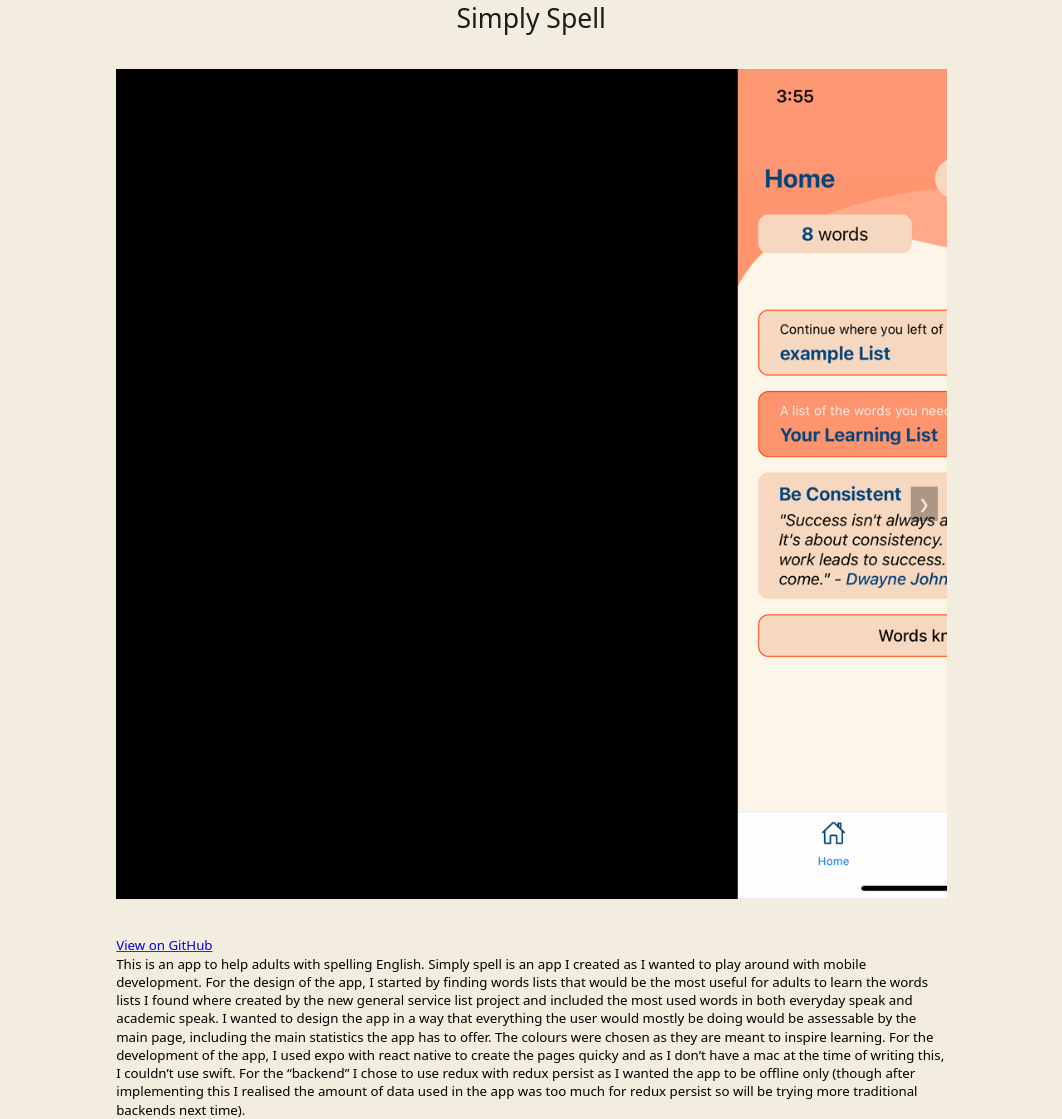
Repository: David-Waite/simpleespellwebsite
Page: /
An editor plug-in stored every save of this project. The page is shown before and after the next save, followed by the edit.
The browser window is 1280 px wide. The pictures show the whole page, at 83% of full size.
The project was rebuilt for these pictures with package versions that can differ from the ones it lists, and the page was loaded fresh each time.

Above is the page before, as saved 2023-07-27 19:13:11.

### src/index.css
* {
  margin: 0;
  padding: 0;
  font-family: system-ui, -apple-system, BlinkMacSystemFont, "Segoe UI", Roboto,
    Oxygen, Ubuntu, Cantarell, "Open Sans", "Helvetica Neue", sans-serif;
}

body {
  background-color: #f3eddf;
  width: 100vw;
}

.container {
  display: flex;
  flex-direction: column;
  align-items: center;
  max-width: 1000px;
  margin: 0 auto;
  overflow: hidden;
  gap: 40px;
}

h1 {
  text-align: center;
  font-weight: 300;
  color: #191d1b;
}

.slideshowContainer {
}
.carousel {
  display: flex;
  flex-direction: column;
  position: relative;
}

.slideContainer {
  scroll-snap-type: x mandatory;
  overflow-x: scroll;
  overflow-y: hidden;
  display: flex;
  align-items: center;
  width: 1000px;
  -webkit-overflow-scrolling: touch;
  scroll-behavior: smooth;
}

.slideContainer::-webkit-scrollbar {
  display: none;
}
.slide {
  scroll-snap-align: center;
  position: relative;
  min-width: 100%;
  padding-top: 50%;
}
.slide img {
  height: auto;
  width: 1000px !important;
  position: absolute;
  top: 0;
  left: 0;
}
.arrow {
  color: #ffffff;
  background-color: #000000;
  position: absolute;
  text-align: center;
  opacity: 0.3;
  cursor: pointer;
  position: absolute;
  top: 50%;
}
.arrow p {
  padding: 10px;
}
.arrowBack {
  left: 10px;
}
.arrowForward {
  right: 10px;
}
.arrow:hover {
  opacity: 1;
}

### src/App.js
import { useState, useEffect } from "react";
import { useRef } from "react";
import styles from "./index.css";

export default function App(props) {
  let images = [
    "../simplySpell1.PNG",
    "../simplySpell2.PNG",
    "../simplySpell3.PNG",
    "../simplySpell4.PNG",
    "../simplySpell5.PNG",
    "../simplySpell6.PNG",
    "../simplySpell7.PNG",
    "../simplySpell8.PNG",
    "../simplySpell9.PNG",
  ];

  function resetSlideShow() {
    slideContainerRef.current.scrollLeft = 0;
  }

  const slideContainerRef = useRef(null);
  const [hideLeft, setHideLeft] = useState("none");
  const [hideRight, setHideRight] = useState("");

  function handleBackArrow() {
    slideContainerRef.current.scrollLeft =
      slideContainerRef.current.scrollLeft -
      slideContainerRef.current.children[0].clientWidth;
  }

  function handleScroll() {
    const totalLength =
      slideContainerRef.current.children[0].clientWidth * (images.length - 1);

    if (slideContainerRef.current.scrollLeft === 0) {
      setHideLeft("none");
    } else {
      setHideLeft("");
    }

    if (slideContainerRef.current.scrollLeft >= totalLength - 100) {
      setHideRight("none");
    } else {
      setHideRight("");
    }
  }
  function handleFowardArrow() {
    console.log(slideContainerRef.current.scrollLeft);
    slideContainerRef.current.scrollLeft =
      slideContainerRef.current.scrollLeft +
      slideContainerRef.current.children[0].clientWidth;
  }
  const slideElements = images.map((image) => {
    return (
      <div key={image} className={styles.slide}>
        <img src={image} />
      </div>
    );
  });

  useEffect(() => {
    resetSlideShow();
  }, [props]);

  return (
    <div className="container">
      <h1>Simply Spell</h1>
      <div className="slideshowContainer">
        <div className={"carousel"}>
          <div
            className={"slideContainer"}
            ref={slideContainerRef}
            onScroll={handleScroll}
          >
            {slideElements}
          </div>

          <div
            style={{ display: hideLeft }}
            className={`arrow arrowBack`}
            onClick={handleBackArrow}
          >
            <p>❮</p>
          </div>

          <div
            style={{ display: hideRight }}
            className={`arrow arrowForward`}
            onClick={handleFowardArrow}
          >
            <p>❯</p>
          </div>
        </div>
      </div>

      <div>
        <a href="https://github.com/David-Waite/SpellingApp">View on GitHub</a>
        <p>
          This is an app to help adults with spelling English. Simply spell is
          an app I created as I wanted to play around with mobile development.
          For the design of the app, I started by finding words lists that would
          be the most useful for adults to learn the words lists I found where
          created by the new general service list project and included the most
          used words in both everyday speak and academic speak. I wanted to
          design the app in a way that everything the user would mostly be doing
          would be assessable by the main page, including the main statistics
          the app has to offer. The colours were chosen as they are meant to
          inspire learning. For the development of the app, I used expo with
          react native to create the pages quicky and as I don’t have a mac at
          the time of writing this, I couldn’t use swift. For the “backend” I
          chose to use redux with redux persist as I wanted the app to be
          offline only (though after implementing this I realised the amount of
          data used in the app was too much for redux persist so will be trying
          more traditional backends next time).
        </p>
      </div>
    </div>
  );
}

Loaded but not shown: public/index.html (common file); src/index.js (common file); src/reportWebVitals.js (common file)

After the next save:
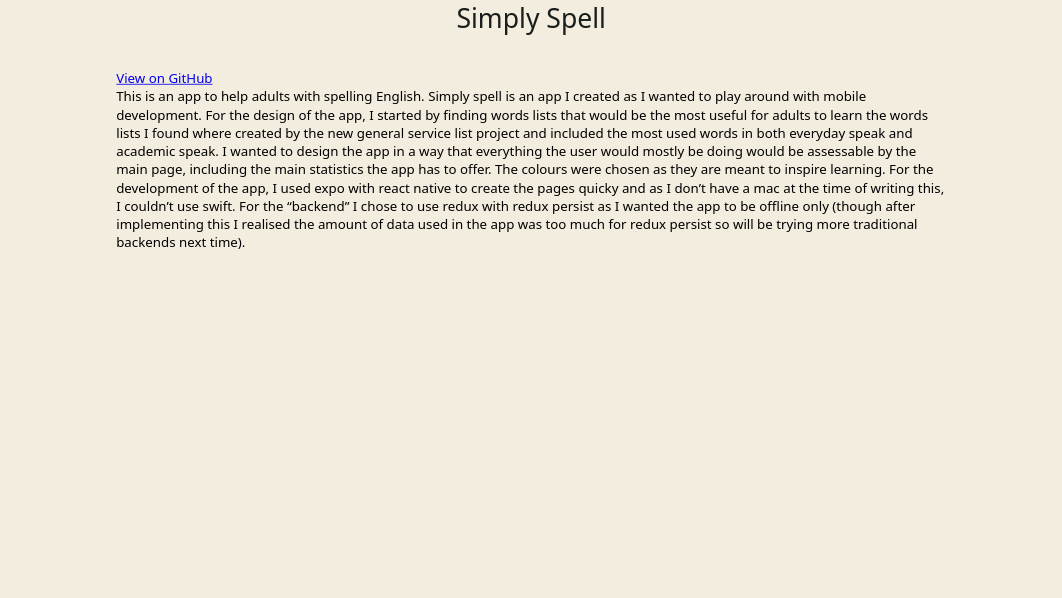
Saved 24 s later.
--- a/src/App.js
+++ b/src/App.js
@@ -15,84 +15,9 @@ export default function App(props) {
     "../simplySpell9.PNG",
   ];
 
-  function resetSlideShow() {
-    slideContainerRef.current.scrollLeft = 0;
-  }
-
-  const slideContainerRef = useRef(null);
-  const [hideLeft, setHideLeft] = useState("none");
-  const [hideRight, setHideRight] = useState("");
-
-  function handleBackArrow() {
-    slideContainerRef.current.scrollLeft =
-      slideContainerRef.current.scrollLeft -
-      slideContainerRef.current.children[0].clientWidth;
-  }
-
-  function handleScroll() {
-    const totalLength =
-      slideContainerRef.current.children[0].clientWidth * (images.length - 1);
-
-    if (slideContainerRef.current.scrollLeft === 0) {
-      setHideLeft("none");
-    } else {
-      setHideLeft("");
-    }
-
-    if (slideContainerRef.current.scrollLeft >= totalLength - 100) {
-      setHideRight("none");
-    } else {
-      setHideRight("");
-    }
-  }
-  function handleFowardArrow() {
-    console.log(slideContainerRef.current.scrollLeft);
-    slideContainerRef.current.scrollLeft =
-      slideContainerRef.current.scrollLeft +
-      slideContainerRef.current.children[0].clientWidth;
-  }
-  const slideElements = images.map((image) => {
-    return (
-      <div key={image} className={styles.slide}>
-        <img src={image} />
-      </div>
-    );
-  });
-
-  useEffect(() => {
-    resetSlideShow();
-  }, [props]);
-
   return (
     <div className="container">
       <h1>Simply Spell</h1>
-      <div className="slideshowContainer">
-        <div className={"carousel"}>
-          <div
-            className={"slideContainer"}
-            ref={slideContainerRef}
-            onScroll={handleScroll}
-          >
-            {slideElements}
-          </div>
-
-          <div
-            style={{ display: hideLeft }}
-            className={`arrow arrowBack`}
-            onClick={handleBackArrow}
-          >
-            <p>❮</p>
-          </div>
-
-          <div
-            style={{ display: hideRight }}
-            className={`arrow arrowForward`}
-            onClick={handleFowardArrow}
-          >
-            <p>❯</p>
-          </div>
-        </div>
-      </div>
 
       <div>
         <a href="https://github.com/David-Waite/SpellingApp">View on GitHub</a>
